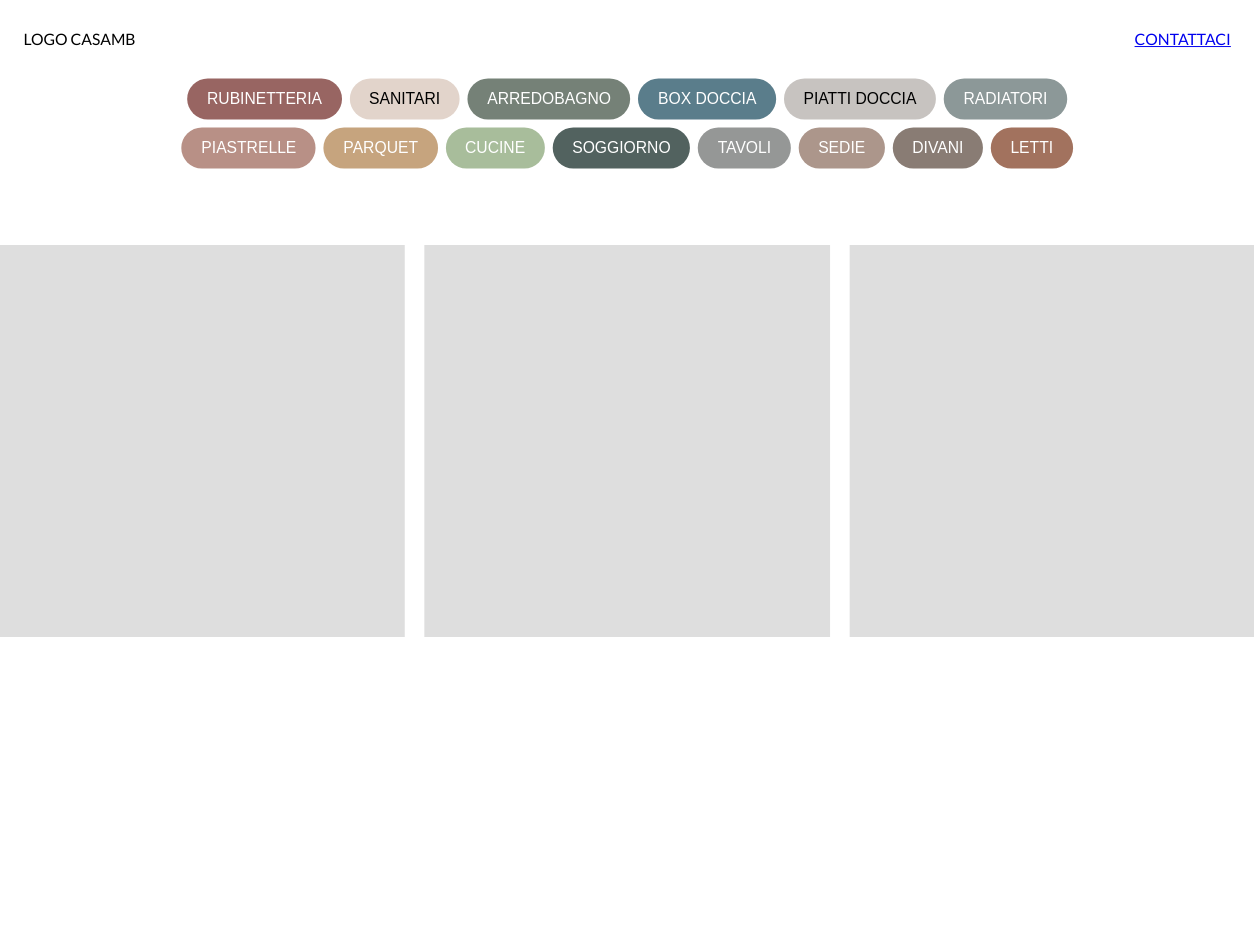
Repository: nicolorz/casamb
Page: /
These files come from the project's save history. The page is drawn as it stood at one moment and after the next save; the edit follows.
The browser window is 1280 px wide. The pictures show the whole page, at 98% of full size.
The project was rebuilt for these pictures with package versions that can differ from the ones it lists, and the page was loaded fresh each time. Also part of the build but not shown: src/index.css, src/App.css.

Above is the page before, as saved 2023-07-19 14:23:46.

### src/index.js
import React from 'react';
import ReactDOM from 'react-dom/client';
import './index.css';
import './assets/css/reset.css'
import './assets/css/style.css'
import App from './App';
import reportWebVitals from './reportWebVitals';

const root = ReactDOM.createRoot(document.getElementById('root'));
root.render(
  <React.StrictMode>
    <App />
  </React.StrictMode>
);

// If you want to start measuring performance in your app, pass a function
// to log results (for example: reportWebVitals(console.log))
// or send to an analytics endpoint. Learn more: https://bit.ly/CRA-vitals
reportWebVitals();

### src/assets/css/style.css
@import url('https://fonts.googleapis.com/css2?family=Lato:ital,wght@0,300;0,400;0,700;1,300;1,400;1,700&display=swap');

html, body {
  margin: 0;
  padding: 0;
  font-size: 16px;
  font-family: 'Lato', sans-serif;
}

.main-wrapper {
  width: 100vw;
  height: 100vh;
  background-color: #fff;
/*   display: flex;
  flex-flow: row nowrap; */
}

/* .sidebar {
  flex: 1;
  background-color: #f6f6f6;
  display: flex;
  flex-flow: column nowrap;
}

.card-wrapper {
  flex: 4;
  padding: 1rem;
  box-sizing: border-box;
  background-color: #EFF8FF;
  border: 1px solid #62A1FF;
  display: flex;
  flex-flow: row nowrap;
  align-items: flex-start;
  gap: 1rem;
}

.footer, .area-buttons {
  width: 100%;
  padding: 1rem;
  box-sizing: border-box;
  background-color: #EFF8FF;
  border: 1px solid #62A1FF;
}

.foooter {
  flex: 0 1 auto;
}

.area-buttons {
  flex: 1 0 auto;
}

.area-buttons {
  display: flex;
  flex-flow: column nowrap;
  gap: 0.5rem;
}

.area-buttons > button {
  align-self: flex-start;
}

.card {
  flex: 0 1 33%;
  padding: 1rem;
  background-color: #62A1FF;
  /* align-self: flex-start;
}

.card > img {
  width: 100%;
} */

### src/App.js
import logo from './logo.svg';
import './App.css';
import  {Header} from './components/HeaderWrapper/HeaderWrapper';
import { CardWrapper } from './components/CardWrapper/CardWrapper';

function App() {

  return (
    <div className="main-wrapper">
      <Header />
      <CardWrapper />
    </div>
  );
}

export default App;

### src/components/HeaderWrapper/HeaderWrapper.js
import './Header.css'
import { HeaderBottom } from './HeaderBottom'
import { HeaderTop } from './HeaderTop'

export const Header = () => {
    return <div className="header">
        <HeaderTop />
        <HeaderBottom />
    </div>
}

### src/components/CardWrapper/CardWrapper.js
import './CardWrapper.css'

export const CardWrapper = () => {
    return (
        <div className="card-wrapper">
            <div className="card-item"></div>
            <div className="card-item"></div>
            <div className="card-item"></div>
            <div className="card-item"></div>
            <div className="card-item"></div>
            <div className="card-item"></div>
        </div>
    )
};

### src/components/HeaderWrapper/Header.css
.header {
    width: 100%;
    padding: 0 24px;
    box-sizing: border-box;
    position: fixed;
    top: 0;
    left: 0;
}

.header-top {
    width: 100%;
    display: flex;
    flex-flow: row nowrap;
    justify-content: space-between;
    align-items: center;
}

.header-top_logo {
    padding: 2rem 0;
}

.header-bottom {
    width: 100%;
    display: flex;
    flex-flow: column nowrap;
    align-items: center;
}

.sorting-area {
    max-width: 996px;
    display: flex;
    flex-flow: row wrap;
    justify-content: center;
    gap: 0.5rem;
}

### src/components/HeaderWrapper/HeaderBottom.js
import { SortingBtn } from "../SortingBtn/Sortingbtn"

const sortingButtons = [
    {
        tag: 'rubinetteria',
        label: 'rubinetteria',
        backgroundColor: '#986562',
        color: true
    },
    {
        tag: 'sanitari',
        label: 'sanitari',
        backgroundColor: '#E2D4CB',
        color: false,
        textColor: '#000'
    },
    {
        tag: 'arredobagno',
        label: 'arredobagno',
        backgroundColor: '#758177',
        color: true
    },
    {
        tag: 'boxdoccia',
        label: 'box doccia',
        backgroundColor: '#5A7D8B',
        color: true
    },
    {
        tag: 'piattidoccia',
        label: 'piatti doccia',
        backgroundColor: '#C7C3C0',
        color: false,
        textColor: '#000'
    },
    {
        tag: 'radiatori',
        label: 'radiatori',
        backgroundColor: '#8C9898',
        color: true
    },
    {
        tag: 'piastrelle',
        label: 'piastrelle',
        backgroundColor: '#B89086',
        color: true
    },
    {
        tag: 'parquet',
        label: 'parquet',
        backgroundColor: '#C6A47E',
        color: true
    },
    {
        tag: 'cucine',
        label: 'cucine',
        backgroundColor: '#A8BD9B',
        color: true
    },
    {
        tag: 'soggiorno',
        label: 'soggiorno',
        backgroundColor: '#52625F',
        color: true
    },
    {
        tag: 'tavoli',
        label: 'tavoli',
        backgroundColor: '#959796',
        color: true
    },
    {
        tag: 'sedie',
        label: 'sedie',
        backgroundColor: '#AC968B',
        color: true
    },
    {
        tag: 'divani',
        label: 'divani',
        backgroundColor: '#897C74',
        color: true
    },
    {
        tag: 'letti',
        label: 'letti',
        backgroundColor: '#A2725E',
        color: true
    },
];

export const HeaderBottom = () => {
    return (
        <div className="header-bottom">
            <div className="sorting-area">
                {sortingButtons.map((el) => {
                    return (
                        <SortingBtn key={el.tag} button={el} />
                    )
                })}
            </div>
        </div>
    )
}

### src/components/HeaderWrapper/HeaderTop.js
export const HeaderTop = () => {
    return <div className="header-top">
        <div className="header-top_logo">LOGO CASAMB</div>
        <a href="*" target="_self">CONTATTACI</a>
    </div>
}

### src/components/CardWrapper/CardWrapper.css
.card-wrapper {
    width: 100%;
    margin-top: 250px;
    display: grid;
    grid-template-columns: repeat(3, 1fr);
    column-gap: 20px;
}

.card-item {
    width: 100%;
    height: 200px;
    background-color: #dedede;
}

### src/components/SortingBtn/Sortingbtn.js
import './Sortingbtn.css'

export const SortingBtn = ({button}) => {
    return <button
        className="sorting-btn"
        style={{
            backgroundColor: button.backgroundColor,
            color: button.color ? '#fff' : button.textColor
        }}
        >
            {button.label.toUpperCase()}
        </button>
};

### src/components/SortingBtn/Sortingbtn.css
.sorting-btn {
    background-color: #62A1FF;
    color: #fff;
    padding: 12px 20px;
    border: none;
    border-radius: 50px;
    -webkit-border-radius: 50px;
    -moz-border-radius: 50px;
    -ms-border-radius: 50px;
    -o-border-radius: 50px;
    font-size: 16px;
    cursor: pointer;
    transition: all 0.3s;
    -webkit-transition: all 0.3s;
    -moz-transition: all 0.3s;
    -ms-transition: all 0.3s;
    -o-transition: all 0.3s;
}

.sorting-btn:hover {
    background-color: #4B84DA;
}

Loaded but not shown: public/index.html (common file); src/assets/css/reset.css (common file); src/reportWebVitals.js (common file)

After the next save:
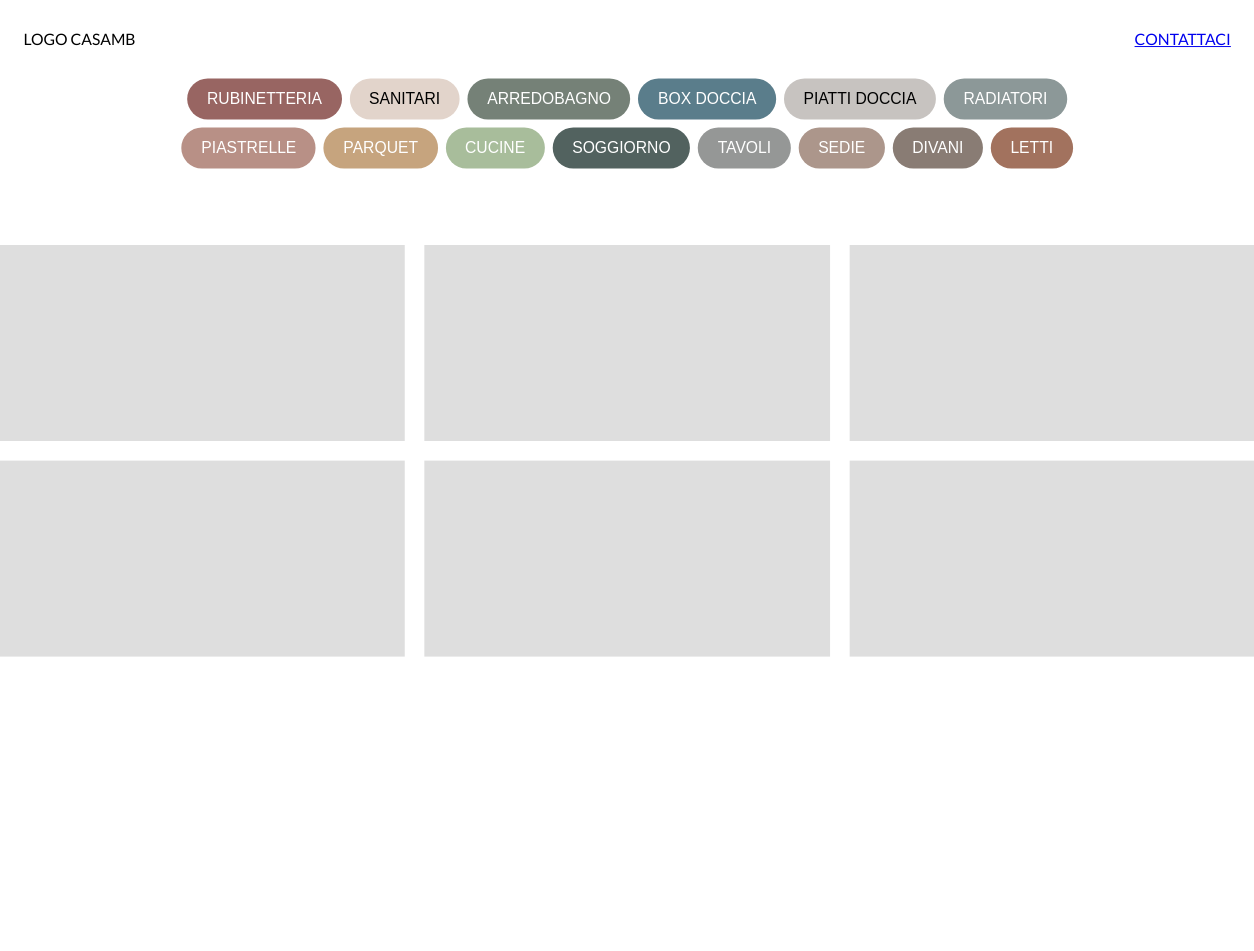
Saved 20 s later.
--- a/src/components/CardWrapper/CardWrapper.css
+++ b/src/components/CardWrapper/CardWrapper.css
@@ -3,7 +3,7 @@
     margin-top: 250px;
     display: grid;
     grid-template-columns: repeat(3, 1fr);
-    column-gap: 20px;
+    gap: 20px;
 }
 
 .card-item {
